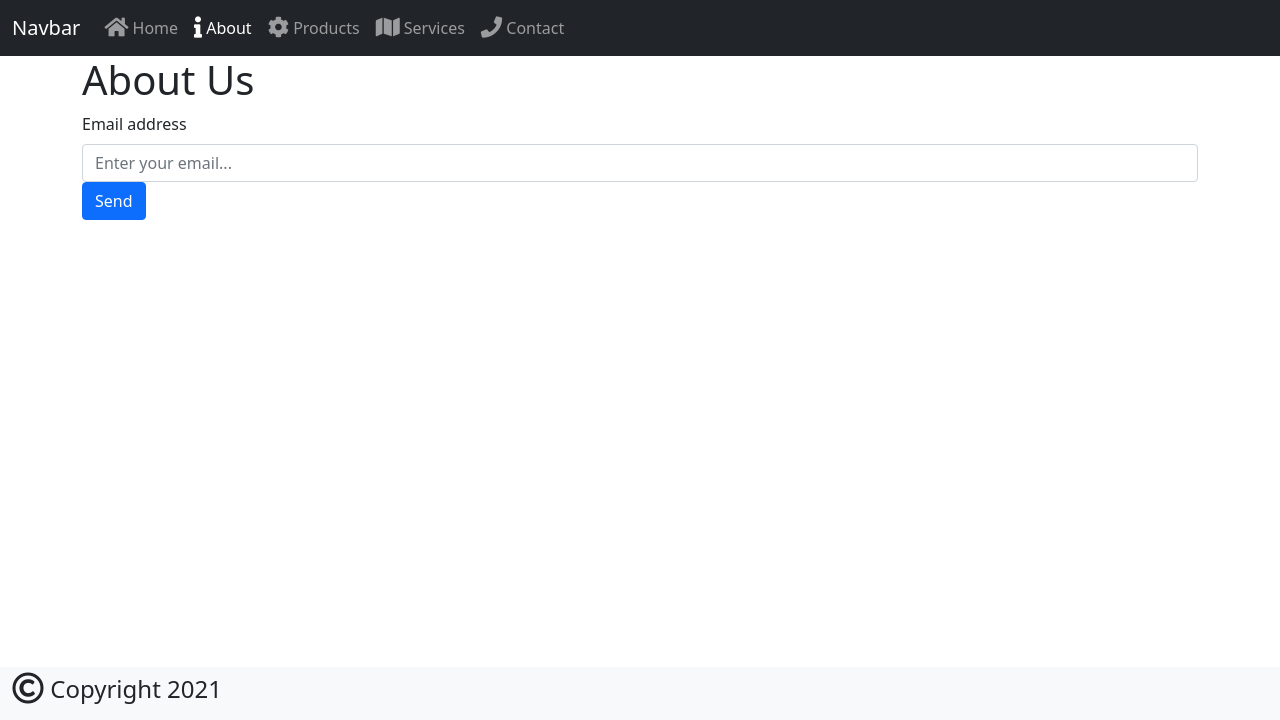
Repository: evanpalmer002/WEBD6201-ICE4
Page: about.html
These files come from the project's save history. The page is drawn as it stood at one moment and after the next save; the edit follows.
The browser window is 1280 px wide. The pictures show the whole page.

Above is the page before, as saved 2021-01-20 16:31:12.

After the next save:
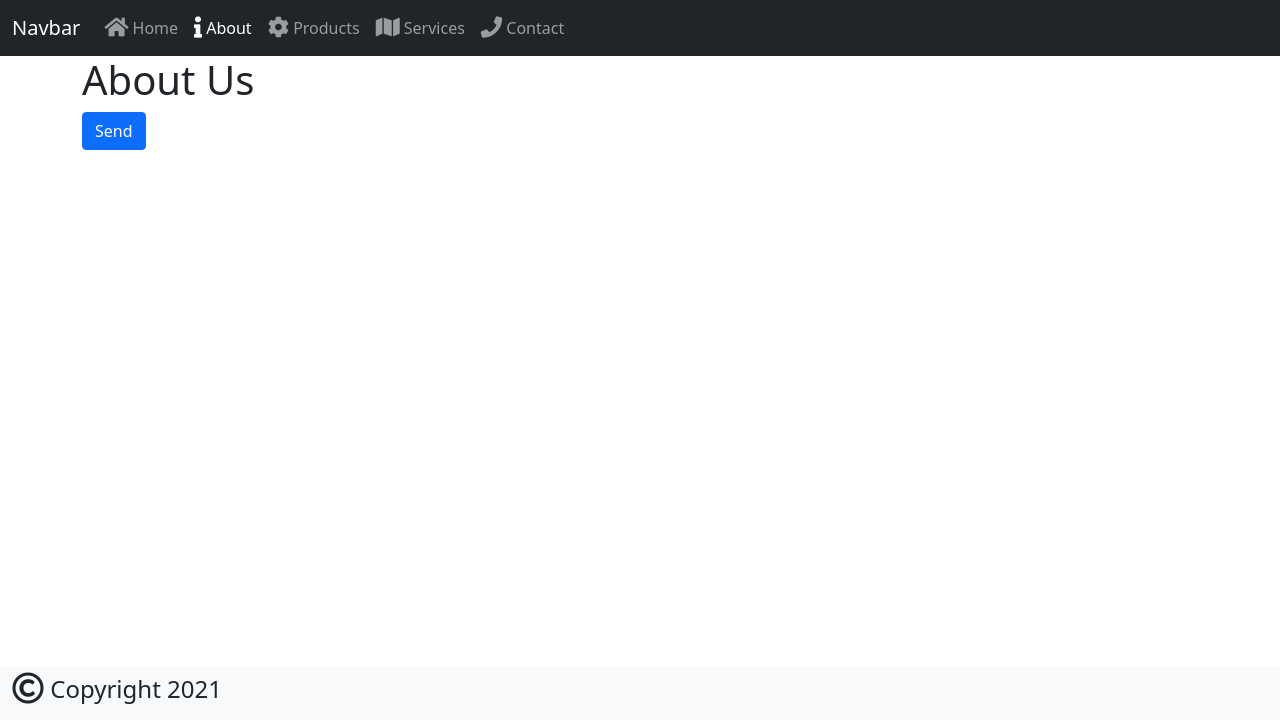
Saved 52 s later.
--- a/about.html
+++ b/about.html
@@ -51,13 +51,7 @@
     <main class="container">
         <h1>About Us</h1>
 
-        <form class="row">
-          <div class="col">
-            <label for="exampleInputEmail1" class="form-label">Email address</label>
-            <input type="email" class="form-control" id="emailAddress" aria-describedby="emailHelp"
-            name="emailAddress" placeholder="Enter your email..." required>
-          </div>
-        </form>
+
 
         <button type="submit" class="btn btn-primary">Send</button>
     </main>
